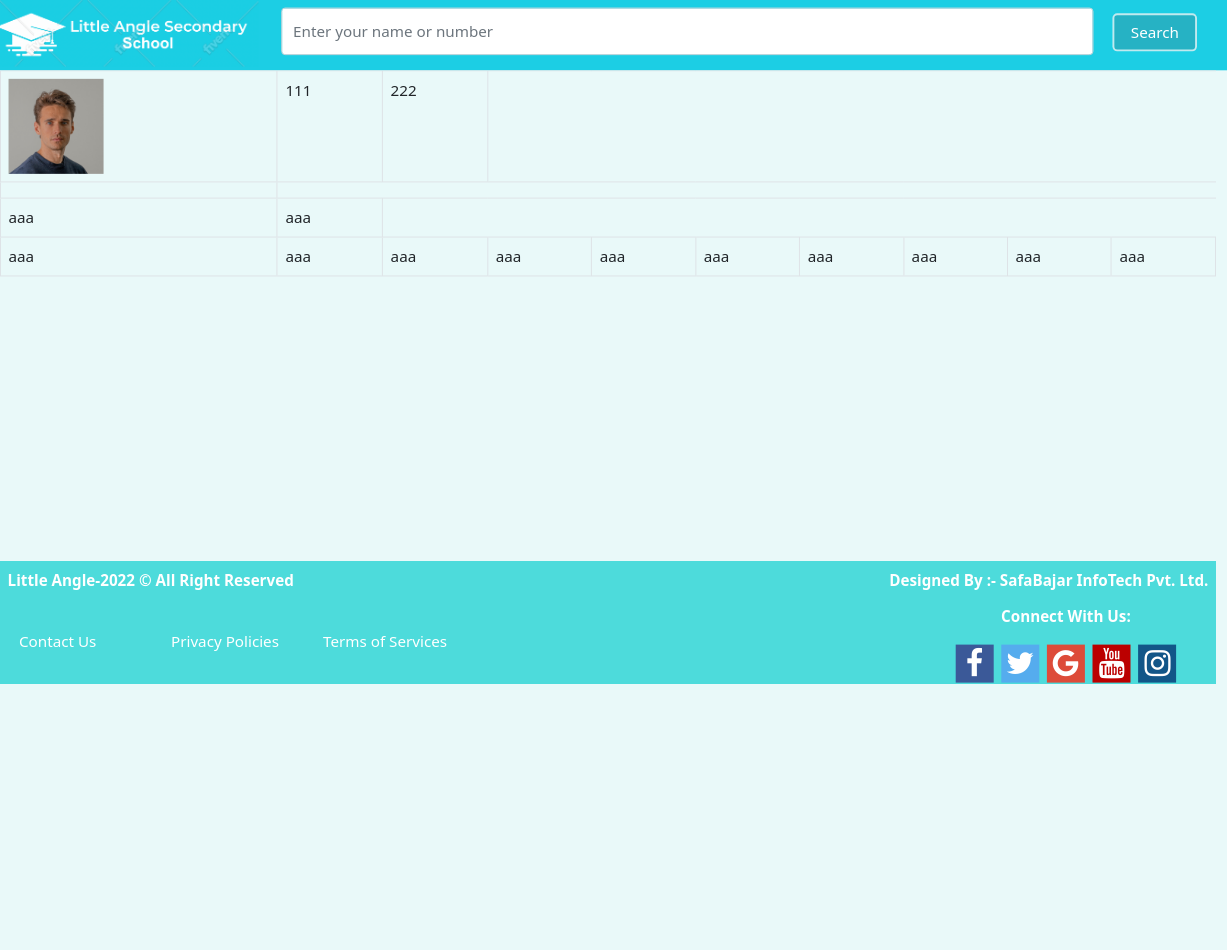
Repository: Sjuicyy/School-Project
Page: profilesview.html
These files come from the project's save history. The page is drawn as it stood at one moment and after the next save; the edit follows.
The browser window is 1280 px wide. The page is 1292 px wide, so the pictures cover 1292 px, including what lies to the right of the window. The pictures show the whole page, at 95% of full size.

Above is the page before, as saved 2022-09-22 11:52:13.

After the next save:
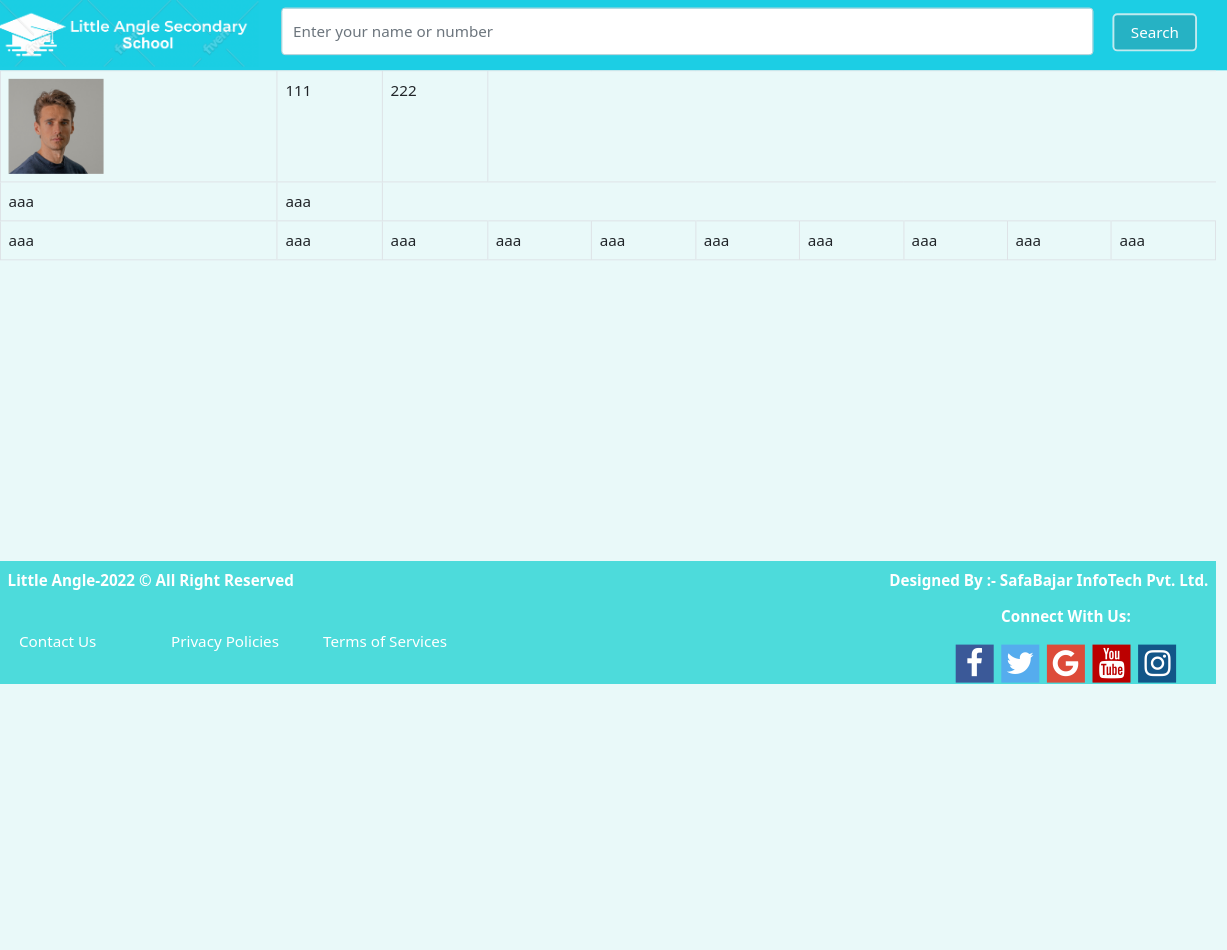
Saved 9 s later.
--- a/profilesview.html
+++ b/profilesview.html
@@ -243,7 +243,7 @@
                     <td>111</td>
                     <td>222</td>
                 </tr>
-                    <td>
+
                         <tr>
                             <td>aaa</td>
                             <td>aaa</td>
